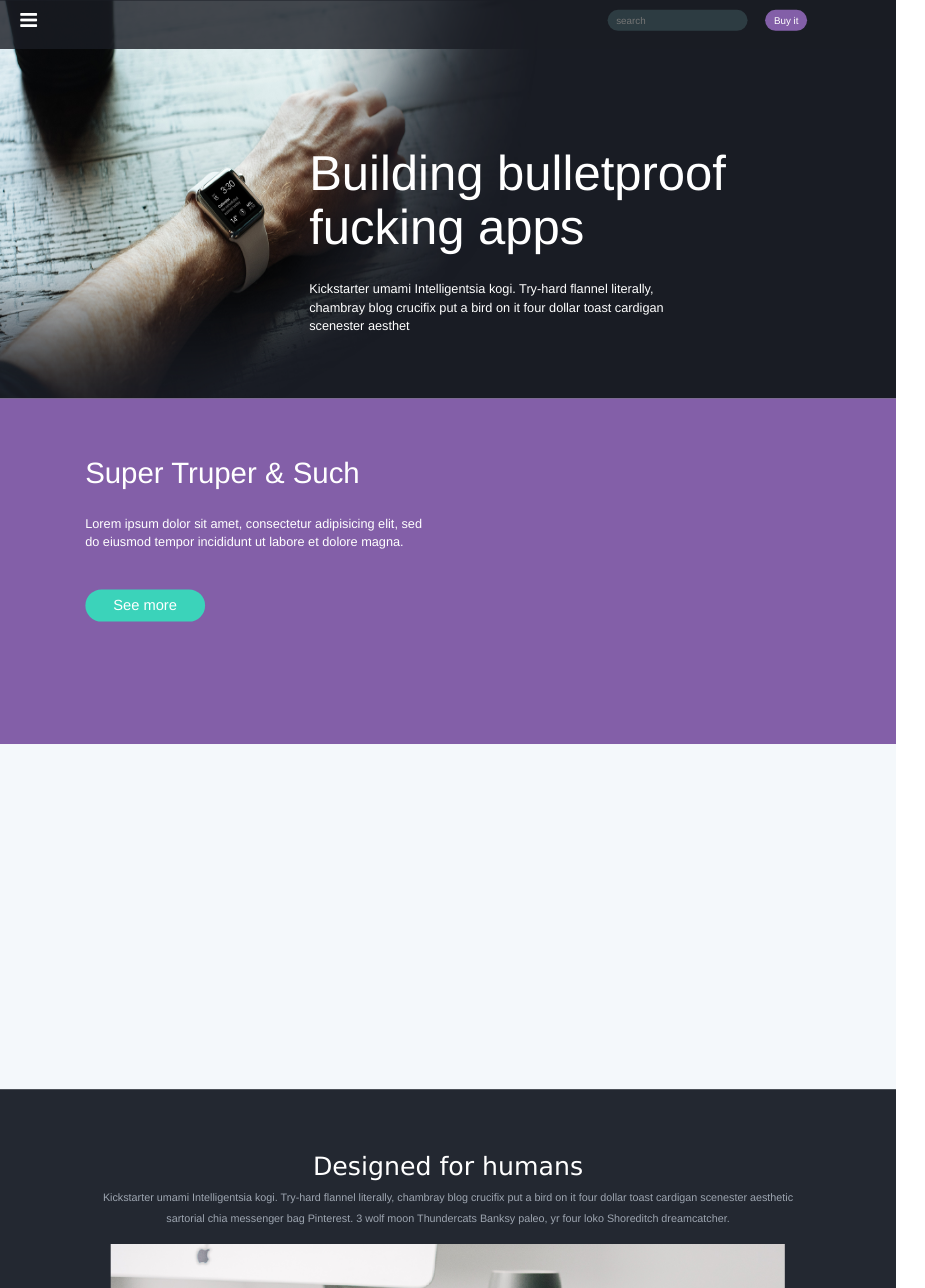
Repository: KatarzynaOwczarska/Tork
Page: Tork/WebContent/index.html
These files come from the project's save history. The page is drawn as it stood at one moment and after a run of saves; the edit follows.
The browser window is 1280 px wide. The page is 1321 px wide, so the pictures cover 1321 px, including what lies to the right of the window. The pictures show the part of the page from y = 0 to 1840 px (the page is 4699 px tall before and 4629 px after), at 70% of full size.
Backgrounds fixed to the window are drawn as part of the page.

Above is the page before, as saved 2017-02-06 13:46:57.

### Tork/WebContent/index.html
<!DOCTYPE html>
<html>
<head>
	<meta charset="UTF-8">
	<title>Tork</title>
	<link rel="stylesheet" type="text/css" href="./css/bootstrap.min.css">
	<link rel="stylesheet" type="text/css" href="./css/style.css">
	<link rel="stylesheet" href="./css/font-awesome.min.css">
	<link rel="stylesheet" href="./css/animate.css" type="text/css">
	<script src="./js/jquery-3.1.1.min.js"></script>
	<script src="./js/bootstrap.min.js"></script>
	<script src="./js/jquery.viewportchecker.min.js"></script>
	<script src="./js/scrollreveal.min.js"></script>
</head>
<body>
<div class="container-fluid">
	<div class="row">
		<div id="zegarek" class="col-xs-12" >
				<header>
					<div class="col-xs-1">
						<span id="nav" class="fa fa-bars fa-2x" aria-hidden="true"></span>
					</div>
					<div class="col-xs-offset-1 col-xs-9 col-lg-offset-7 col-lg-3">
						<input id="search" type="search" placeholder="search">
						<button id="buy-it">Buy it</button>
					</div>
				</header>
			<div class="col-xs-12 col-sm-offset-4 col-sm-6">
				<h1 id="naglowek"> Building bulletproof <br>fucking apps</h1>
				<p id="napis"><br>Kickstarter umami Intelligentsia kogi. Try-hard flannel literally, chambray blog crucifix put a bird on it four dollar toast cardigan scenester aesthet</p>
			</div>
			<div data-animate="bounceInDown"id="telefon" class="col-md-offset-6 col-md-6 hidden-xs hidden-sm">
				<img src="./telefon.png" height="550" width="430">
			</div>
		</div>
	</div>
	<div id=fiolet class="row">
			<div  id="super" class="col-md-5 col-md-offset-1 col-xs-offset-2 col-xs-8">
				<h2 id="super-truper">Super Truper & Such</h2>
				<p id="napis2"><br>Lorem ipsum dolor sit amet, consectetur adipisicing elit, sed do eiusmod tempor incididunt ut labore et dolore magna.</p>
				<button id="przycisk">See more</button>
			</div>
	</div>
	<div id="trzy-kolumny" class="row">
			<div data-animate="fadeIn" class="col-xs-10 col-xs-offset-1">
				<div class="col-xs-12 col-md-4">
					<h2 id="design-features">Design & Features</h2>
					<br>
					<p id="design-features-p">Flannel ennui narwhal, craft beer twee Vice plaid authentic synth.</p>
					<br>
					<p id="miedzy-liniami">Kickstarter umami Intelligentsia kogi. Try-hard flannel literally, chambray blog crucifix put a bird on it four dollar toast cardigan scenester aesthetic sartorial chia messenger bag Pinterest.</p>
					<br>
					<button id="przycisk">See more</button>
				</div>
				<div class="col-xs-12 col-md-4">
					<h2 id="design-features">Design & Features</h2>
					<br>
					<p id="design-features-p">Flannel ennui narwhal, craft beer twee Vice plaid authentic synth.</p>
					<br>
					<p id="miedzy-liniami">Kickstarter umami Intelligentsia kogi. Try-hard flannel literally, chambray blog crucifix put a bird on it four dollar toast cardigan scenester aesthetic sartorial chia messenger bag Pinterest.</p>
					<br>
					<button id="przycisk">See more</button>
				</div>
				<div class="col-xs-12 col-md-4">
					<h2 id="design-features">Design & Features</h2>
					<br>
					<p id="design-features-p">Flannel ennui narwhal, craft beer twee Vice plaid authentic synth.</p>
					<br>
					<p id="miedzy-liniami">Kickstarter umami Intelligentsia kogi. Try-hard flannel literally, chambray blog crucifix put a bird on it four dollar toast cardigan scenester aesthetic sartorial chia messenger bag Pinterest.</p>
					<br>
					<button id="przycisk">See more</button>
				</div>
			</div>
	</div>
	<div id="czarny" class="row">
			<div class="col-xs-offset-1 col-xs-10">
				<h1 id="for-humans">Designed for humans</h1>
				<p id="wysrodkowany">Kickstarter umami Intelligentsia kogi. Try-hard flannel literally, chambray blog crucifix put a bird on it four dollar toast cardigan scenester aesthetic sartorial chia messenger bag Pinterest. 3 wolf moon Thundercats Banksy paleo, yr four loko Shoreditch dreamcatcher.</p>
				<div id="myCarousel" class="carousel slide" data-ride="carousel">
	 				<ol class="carousel-indicators">
					    <li data-target="#myCarousel" data-slide-to="0" class="active"></li>
					    <li data-target="#myCarousel" data-slide-to="1"></li>
					</ol>
	 				<div class="carousel-inner" role="listbox">
	      				<div class="item active">
	        				<img src="./rozowy-obrazek.png">
	        			</div>
	      				<div class="item">
	        				<img src="./komputer.png">
	      				</div>
	    			</div>
				</div>
			</div>
	</div>
	<div id="szary" class="row">
			<div id="margines-ikonki" class="col-xs-10 col-xs-offset-1">
				<div class="col-xs-12 col-md-3">
					<span id="ikonka" class="fa fa-pencil fa-3x" aria-hidden="true"></span>
					<h3>01<span id="span-kolor"> Design</span></h3>
					<br>
					<p id="napis-szary">Scenester PBR deep v jean shorts typewriter. Sustainable keytar Tumblr, authentic mustache locavore scenester gentrify meh banjo fanny pack health goth. Four dollar toast scenester XOXO crucifix, mumblecore banh mi yr cold-pressed Bushwick.</p>
					<p id="test"></p>
				</div>
				<div class="col-xs-12 col-md-3">
					<span id="ikonka" class="fa fa-location-arrow fa-3x" aria-hidden="true"></span>
					<h3>02<span id="span-kolor"> Refinement</span></h3>
					<br>
					<p id="napis-szary">Scenester PBR deep v jean shorts typewriter. Sustainable keytar Tumblr, authentic mustache locavore scenester gentrify meh banjo fanny pack health goth. Four dollar toast scenester XOXO crucifix, mumblecore banh mi yr cold-pressed Bushwick.</p>
				</div>
				<div class="col-xs-12 col-md-3">
					<span id="ikonka" class="fa fa-paint-brush fa-3x" aria-hidden="true"></span>
					<h3>03<span id="span-kolor"> Dive In</span></h3>
					<br>
					<p id="napis-szary">Scenester PBR deep v jean shorts typewriter. Sustainable keytar Tumblr, authentic mustache locavore scenester gentrify meh banjo fanny pack health goth. Four dollar toast scenester XOXO crucifix, mumblecore banh mi yr cold-pressed Bushwick.</p>
				</div>
				<div class="col-xs-12 col-md-3">
					<span id="ikonka" class="fa fa-search fa-3x" aria-hidden="true"></span>
					<h3>04<span id="span-kolor"> Research</span></h3>
					<br>
					<p id="napis-szary">Scenester PBR deep v jean shorts typewriter. Sustainable keytar Tumblr, authentic mustache locavore scenester gentrify meh banjo fanny pack health goth. Four dollar toast scenester XOXO crucifix, mumblecore banh mi yr cold-pressed Bushwick.</p>
				</div>
			</div>
	</div>
	<div id="szary-jasny" class="row">
			<div class="col-xs-12 col-md-4 col-md-offset-1">
				<h1 id="conectivity">Conectivity</h1>
				<p id="napis-zegarek">Flannel ennui narwhal, craft beer twee Vice plaid authentic synth Intelligentsia stumptown gluten-free drinking vinegar Schlitz mixtape.</p>
				<p id="napis-zegarek-maly">Kickstarter umami Intelligentsia kogi. Try-hard flannel literally, chambray blog crucifix put a bird on it four dollar toast cardigan scenester aesthetic sartorial chia messenger bag Pinterest.</p>
				<p id="test2"></p>
			</div>
			<div id="zegarek-czysty" class="col-xs-12 col-md-7"><img id="obrazek" src="./zegarek-czysty.png" height="500" width="788"></div>
	</div>
	<div id="filmik" class="row">
			<div id="padding-telefon" class="col-xs-12 col-md-offset-1 col-md-4"><img src="./telefon-reka.png" height="400" width="500"></div>
			<div id="obok-filmu" class="col-md-7 col-xs-12">
				<div class="col-xs-9 col-xs-offset-1">
					<p id="data">12th June 2015</p>
					<p id="lorem-ipsum">Lorem ipsum dolor sit amet, cotur adipisicing elit sed do eiusmod tempor incididunt ut labore et dolore</p>
				</div>
			</div>
			<div id="komentarze" class="col-xs-12 col-md-4 col-md-offset-1">
				<div class="col-md-11 col-xs-10 col-xs-offset-1">
					<h2>Lorem ipsum dolor sit amet, consectetur adipisicing elit</h2>
					<p>Lorem ipsum dolor sit amet, consectetur adipisicing elit, sed do eiusmod tempor incididunt ut labore et dolore magna aliqua. Ut enim ad minim veniam, quis nostrud exercitation ullamco</p>
					<button id="przycisk" class="visible-xs visible-sm">Read more</button>
				</div>
			</div>
			<div id="telefony" class="col-md-5 hidden-xs hidden-sm"></div>
	</div>
	<div id="reka" class="row">
		<div id="fioletowy-napis" class="col-xs-12 col-md-5">
			<p>Ut enim ad minim veniam, quis nostrud exercitation ullamco laboris. Nisi ut aliquip ex ea commodo.</p>
		</div>
	</div>
	<div id="stopka" class="row">
			<div id="margines" class="col-xs-12 col-md-5 col-md-offset-1">
				<p>Get in touch</p><br>
				<p id="napis-szary">Lorem ipsum dolor sit amet, consectetur adipisicing elit, sed do eiusmod tempor incididunt ut labore et dolore magna aliqua. Ut enim ad minim veniam, quis nostrud exercitation ullamco laboris nisi ut aliquip ex ea commodo consequat.</p>
			</div>
			<div id="margines" class="col-xs-12 col-md-5 col-md-offset-1">
				<p>Stay in touch</p>
				<form action="#" class="form-inline">
					<div class="form-group">
						<div class="input-group">
							<div><input id="pole" type="email" placeholder="Enter your email" class="form-control"></div>
							<div id="submit" class="input-group-addon"><button id="submit" type="submit" value=""><span class="fa fa-check fa-3x"></span></button></div>
						</div>
					</div>
				</form>
				<p id="pod-polem">Lorem ipsum dolor sit amet, consectetur adipisicing elit, <br>sed do eiusmod tempor incididunt ut labore et dolor</p>
			</div>
			<div id="linki" class="col-xs-12 col-md-5 col-md-offset-1">
					<div class="col-xs-4">
						<p>Resources</p>
						<a>Tour</a><br>
						<a>Customers</a><br>
						<a>Pricing and Plans</a><br>
						<a>New Features</a><br>
						<a>Education</a>
					</div>
					<div class="col-xs-4">
						<p>Features</p>
						<a>Tour</a><br>
						<a>Customers</a><br>
						<a>Pricing and Plans</a><br>
						<a>New Features</a><br>
						<a>Education</a>
					</div>
					<div class="col-xs-4">
						<p>How to</p>
						<a>Tour</a><br>
						<a>Customers</a><br>
						<a>Pricing and Plans</a><br>
						<a>New Features</a><br>
						<a>Education</a>
					</div>
				</div>
		</div>
	</div>
	<div id="podpis" class="row">
			<div id="footer" class="col-xs-12">
				<h4  data-animate="fadeInLeft">Made with <i id="serduszko" class="fa fa-heart" aria-hidden="true"></i> by <span id="kasia">Katarzyna Owczarska</span> Jan 2017.</h4>
			</div>
	</div>
	<script>
		$(document).ready(function(){
			$('*[data-animate]').addClass('ukryj').each(function(){
      			$(this).viewportChecker({
        			classToAdd: 'show animated ' + $(this).data('animate'),
        			classToRemove: 'ukryj',
        			offset: '5%'
      			});
    		});
		});

		function check() {
			var scrollPos = controller.info("scrollPos");
			document.getElementById("test").innerHTML = scrollPos;
		}
	</script>
	<script>
    	window.sr = ScrollReveal();
    	sr.reveal('#telefony', {
        	reset: true,
        	delay: 500,
        	distance: 0
    	});
    	sr.reveal('#padding-telefon', {
        	reset: true,
        	delay: 500,
        	distance: 0
    	});
    	sr.reveal('#zegarek-czysty', {
        	reset: true,
        	delay: 500,
        	distance: 0
    	});
    	sr.reveal('#fioletowy-napis', {
        	duration: 1000,
        	delay: 500,
        	easing: 'linear',
    	});
</script>
</body>
</html>

### Tork/WebContent/css/style.css
@CHARSET "UTF-8";

.container-fluid {
	padding: 0px 0px 0px 0px;
}

.row {
	margin: 0px 0px 0px 0px;
}

header {
	height: 70px;
	background-color: transparent;
  	background-color: rgba(25, 28, 36, 0.8);  /* FF3+, Saf3+, Opera 10.10+, Chrome, IE9 */
  	filter: progid:DXImageTransform.Microsoft.gradient(startColorstr=#3332FA32,endColorstr=#3332FA32); /* IE6&#8211;IE9 */
  	zoom: 1;
  	width: 100%;
}

#przesun {
	background-color: transparent;
  	background-color: rgba(25, 28, 36, 0.8);
  	height: 70px;
  	position: fixed;
  	top: 0;
}


#search {
	background-color: rgb(45,60,66);
	margin-top: 1em;
	border-radius: 50px;
	text-indent: 10px;
	height: 30px;
	width: 200px;
	border: none;
}

#buy-it {
	border-radius: 50px;
	width: 60px;
	height: 30px;
	background-color: rgb(131,95,168);
	color: white;
	border: none;
	margin-left: 1.5em;
}

#nav {
	color: white;
	margin-left: 0.5em;
	margin-top: 0.5em;
}

#zegarek {
	background-color: rgb(25,28,36);
	background-image: url("../zegarek.png");
	background-size: 60% 120%;
	background-repeat: no-repeat;
	background-attachment: fixed;
	padding-right: 0px;
    padding-left: 0px;
}

#telefon {
	position: absolute;
	top: 90%;
}

#naglowek {
	color: white;
	font-size: 5em;
	font-weight: 100;
	margin-top: 2em;
}

#napis {
	color: white;
	font-size: 1.3em;
	margin-right: 5em;
	margin-bottom:5em;
}

#napis2 {
	color: white;
	font-size: 1.3em;
	margin-bottom:3em;
}

#fiolet {
	background-color: rgb(131,95,168);
}

#super-truper {
	color: white;
	margin-top: 2em;
	font-size: 3em;
}

#super {
	margin-bottom: 9.5em;
}

#przycisk {
	border-radius: 50px;
	background-color: rgb(59,211,186);
	border: none;
	padding: 8px 40px;
	color: white;
	font-size: 1.5em;
	margin-bottom: 2em;
	transition-duration:0.5s;
}

#przycisk:hover {
	background-color: rgb(0,188,212);
}

#trzy-kolumny {
	background-color: rgb(244,248,251);
}

#design-features {
	color: rgb(86,86,86);
	margin-top: 3em;
	font-size: 2em;

}

#design-features-p {
	color: rgb(126,126,126);
	font-size: 1.5em;
	font-weight: 100;
	font-family: Arial, Helvetica, sans-serif;
}

#miedzy-liniami {
	line-height: 200%;
	font-family: Verdana, Geneva, sans-serif;
}

#czarny {
	background-color: rgb(35,40,49);
}


#for-humans {
	color: white;
	font-family: Verdana, Geneva, sans-serif;
	text-align: center;
	margin-top: 2.5em;
}

#wysrodkowany {
	color: rgb(157,165,176);
	text-align: center;
	font-size: 1.1em;
	line-height: 200%;
}

.carousel-inner > .item > img,
  .carousel-inner > .item > a > img {
      margin: auto;
      margin-top: 1%;
}

#szary {
	background-color: rgb(43,48,59);
}

#szary h3 {
	color:rgb(51,77,96);
}

#span-kolor {
	color: white;
}

#napis-szary {
	line-height: 200%;
	color: rgb(157,165,176);
}

#margines {
	margin-bottom: 5em;
	margin-top: 1.7em;
}

#ikonka {
	color: rgb(55,156,136);
}

#szary-jasny {
	background-color: rgb(233,238,241);
}

#napis-zegarek {
	color: rgb(117,122,134);
	font-size: 1.2em;
	margin-top: 2em;
	margin-bottom: 2em;
	line-height: 200%;
}

#napis-zegarek-maly {
	line-height: 200%;
}

#conectivity {
	margin-left: 0.5em;
	margin-top: 2.5em;
}

#filmik {
	height: 700px;
	background-color: rgb(244,248,251);
}

#padding-telefon {
	padding: 0px 0px 0px 0px;
}

#zegarek-czysty {
	padding: 0px 0px 0px 0px;
}

#obok-filmu {
	background-color: rgb(131,95,168);
	height: 400px;
	padding: 0px 0px 0px 0px;
}

#data {
	margin-top: 5em;
	color: white;
	font-style: italic;
}

#lorem-ipsum {
	color: white;
	font-style: italic;
	font-size: 2em;
	font-weight: 100;
	font-family: Arial, Helvetica, sans-serif;
}

#komentarze {
	background-color: white;
}

#komentarze h2 {
	font-size: 1.5em;
	margin-top: 2em;
}

#komentarze p {
	margin-top: 1.5em;
	margin-bottom: 8em;
	color: rgb(131,150,162);
}

#telefony {
	background-image: url("../telefony.jpg");
	background-repeat: no-repeat;
	height: 43%;
}

#reka {
	background-color: black;
	background-image: url("../dlugopis.png");
	background-size: 100% 120%;
	background-repeat: no-repeat;
}

#reka div {
	background-color: rgb(131,95,168);
	height: 400px;
	opacity: 0.8;
}


#reka p {
	font-size: 2em;
	font-style: italic;
	color: white;
	margin-top: 4em;
	margin-left: 2em;
}

#stopka {
	background-color: rgb(38,50,56);
	color: white;
}

#margines {
	margin-top: 5em;
	margin-bottom: 0px;
}

#margines-ikonki {
	margin-top: 3em;
	margin-bottom: 3em;
}

#linki {
	margin-bottom: 2em;
}

#linki p {
	font-weight: bold;
	font-size: 13px;
}

#linki a {
	color: white;
	font-size: 12px;
	line-height: 200%;
}

#linki a:hover {
	text-decoration: none;
	cursor: pointer;
}

#pole {
	border: none;
	color: black;
	background-color: rgb(246,247,250);
	text-indent: 10px;
	width: 25em;
	height: 5em;
}

#pole:focus {
	color: black;
}

#submit {
	border: none;
	width: 5em;
	background-color: rgb(131,95,168);
	color: white;
}

#pod-polem {
	margin-top: 1.5em;
	line-height: 200%;
}

#podpis {
	background-color: rgb(23,29,32);
	color: white;
}

#footer {
	margin: 20px 0px 35px 0px;
	text-align: center;
}

#odstep-d {
	height: 500px;
	background-color: grey;

}

.ukryj{
	opacity:0
}

.show {
	opacity: 1;
}

#serduszko {
	color: red;
}

#kasia {
	color: rgb(131,95,168);
}

@media only screen and (max-width: 991px) {
	#super {
		text-align: center;

	}
}

@media only screen and (max-width: 991px) {
	#super-truper {
		margin-top: 2.5em;

	}
}

@media only screen and (max-width: 768px) {
	#naglowek {
		margin-top: 0.5em;

	}

	#zegarek {
		background-size: 100% 120%;
	}

	#obrazek {
		width: 100%;
	}
}

Loaded but not shown: Tork/WebContent/css/bootstrap.min.css (library); Tork/WebContent/css/font-awesome.min.css (library); Tork/WebContent/css/animate.css (library); Tork/WebContent/js/jquery-3.1.1.min.js (library); Tork/WebContent/js/bootstrap.min.js (library); Tork/WebContent/js/jquery.viewportchecker.min.js (common file); Tork/WebContent/js/scrollreveal.min.js (library)

After the next 2 saves:
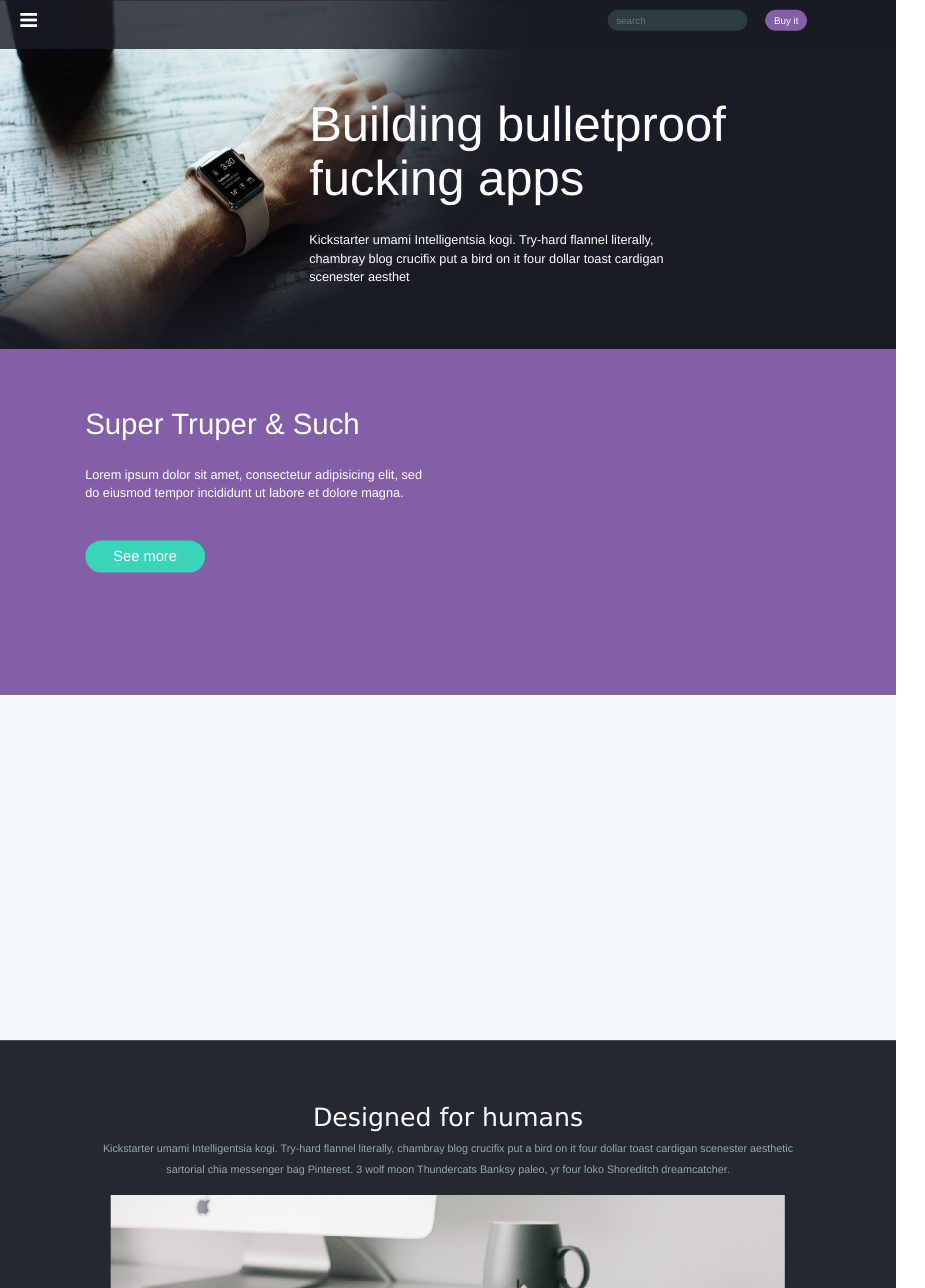
The 2 saves are shown as one change because they came seconds apart.
The last was saved 14 s later.
--- a/Tork/WebContent/css/style.css
+++ b/Tork/WebContent/css/style.css
@@ -15,16 +15,9 @@ header {
   	filter: progid:DXImageTransform.Microsoft.gradient(startColorstr=#3332FA32,endColorstr=#3332FA32); /* IE6&#8211;IE9 */
   	zoom: 1;
   	width: 100%;
-}
-
-#przesun {
-	background-color: transparent;
-  	background-color: rgba(25, 28, 36, 0.8);
-  	height: 70px;
   	position: fixed;
   	top: 0;
 }
-
 
 #search {
 	background-color: rgb(45,60,66);
